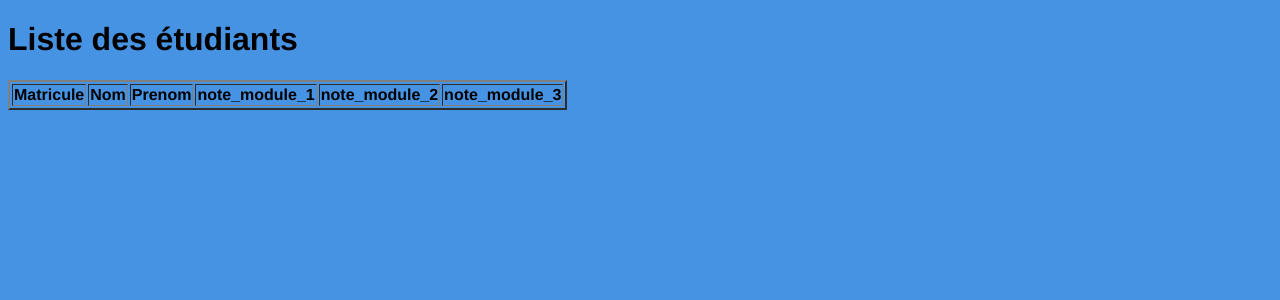
Repository: tt5300447/parakeet
Page: http://localhost/
An editor plug-in stored every save of this project. The page is shown before and after the next save, followed by the edit.
The browser window is 1280 px wide. The pictures show the whole page.
The page is run by PHP 8.4 with error messages shown; the project is at /var/www/html/. Queries for data that is not in the repository find no rows.

Above is the page before, as saved 2022-06-19 16:10:36.

After the next save:
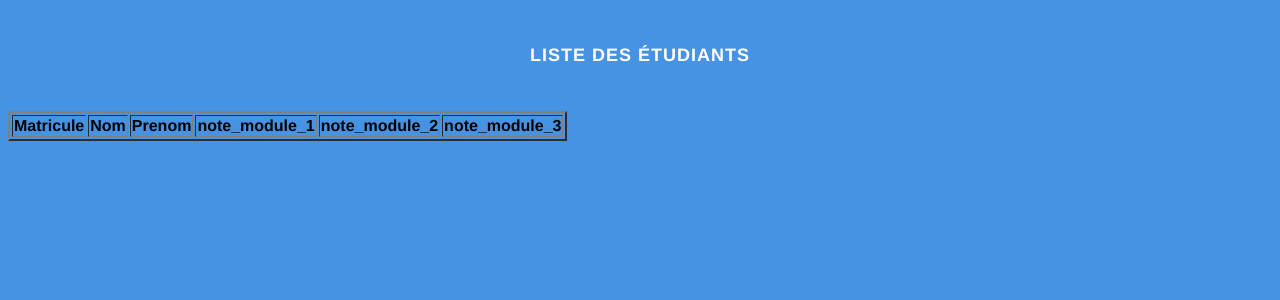
Saved 26 s later.
--- a/Copier/htdocs/Liste/index.php
+++ b/Copier/htdocs/Liste/index.php
@@ -8,7 +8,7 @@
     <link rel="stylesheet" href="table.css">
 </head>
 <body>
-   <h1>Liste des étudiants</h1>
+   <h2>Liste des étudiants</h2>
     <div class="center container">
     <?php
 $servername = "localhost";
